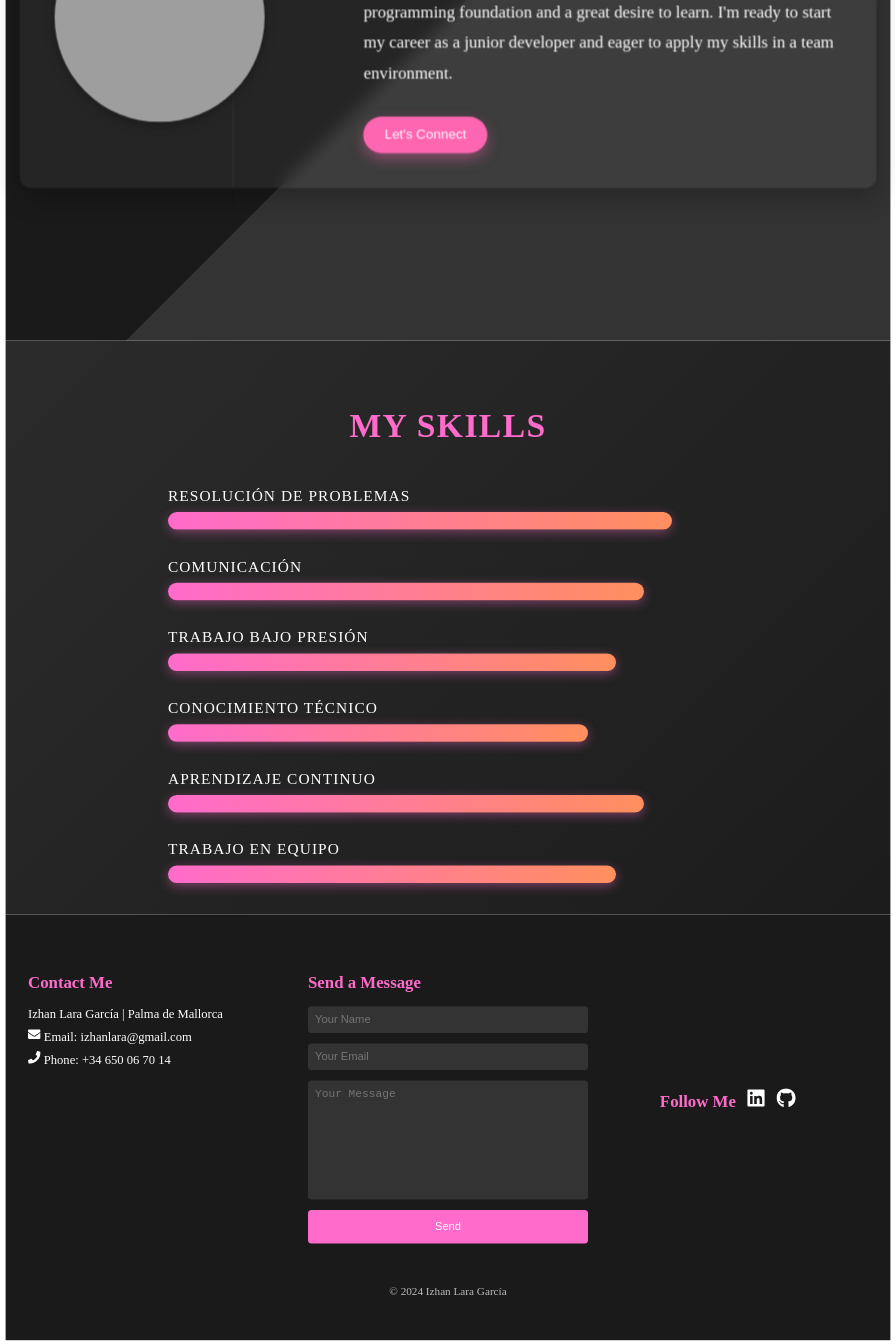
Repository: izhanlaraagarcia/izhanlaraagarcia.github.io
Page: / (app in vite-project/)
These files come from the project's save history. The page is drawn as it stood at one moment and after the next save; the edit follows.
The browser window is 1280 px wide. The pictures show the part of the page from y = 1241 to 3161 px (the page is 3164 px tall), at 70% of full size.
Pictures or frames that could not be fetched are drawn as grey boxes. The project was rebuilt for these pictures with package versions that can differ from the ones it lists, and the page was loaded fresh each time. Also part of the build but not shown: vite-project/vite.config.js.

Above is the page before, as saved 2024-09-18 12:34:09.

### vite-project/index.html
<!doctype html>
<html lang="en">

<head>
  <meta charset="UTF-8" />
  <link rel="shortcut icon" href="./public/favicon.ico" type="image/x-icon">
  <meta name="viewport" content="width=device-width, initial-scale=1.0" />
  <title>IzzyLG</title>
</head>

<body>
  <div id="root"></div>
  <script type="module" src="/src/main.jsx"></script>
</body>

</html>

### vite-project/src/App.jsx
// App.js
import React, { useState } from 'react';
import HeaderComponent from './components/HeaderComponent';
import SkillsComponent from './components/SkillsComponent';
// import ExperienceComponent from './components/ExperienceComponent';
import FooterComponent from './components/FooterComponent';
// import { Link } from 'react-scroll';


function App() {
  const [language, setLanguage] = useState('en');

  const toggleLanguage = () => {
    setLanguage(prevLang => (prevLang === 'en' ? 'es' : 'en'));
  };
  return (
    <div className="App">
      <HeaderComponent onLanguageToggle={toggleLanguage} />
      <SkillsComponent />
      {/* <ExperienceComponent /> */}
      <FooterComponent />
    </div>
  );
}

export default App;

### vite-project/src/components/HeaderComponent.jsx
import React, { useState } from 'react';
import { motion } from 'framer-motion';
import { Link } from 'react-scroll';
import { FaLinkedin, FaGithub, FaTwitter } from 'react-icons/fa';
import USFlag from '../assets/us-flag.png';
import ESFlag from '../assets/es-flag.png';
import AboutComponent from './AboutComponent';  // Asegúrate de importar el componente About


const HeaderComponent = () => {
  const [language, setLanguage] = useState('en');

  const translations = {
    en: {
      name: "Izhan Lara García",
      title: "Junior Web Developer",
      resume: "Resume",
      portfolio: "Portfolio",
      menu: {
        home: "Home",
        about: "About",
        skills: "Skills",
        experience: "Experience",
        contact: "Contact",
      },
      about: {
        title: "About Me",
        description: "I am a passionate web developer with a love for creating dynamic and interactive web experiences. With over 5 years of experience in web development, I specialize in React, JavaScript, and CSS animations. My goal is to craft meaningful and visually stunning websites.",
        skills: "Skills & Expertise",
        skillsList: ["Web Development", "UI/UX Design", "JavaScript", "React", "CSS Animations"],
        button: "Contact Me",
      },
    },
    es: {
      name: "Izhan Lara García",
      title: "Desarrollador Web Junior",
      resume: "Currículum",
      portfolio: "Portafolio",
      menu: {
        home: "Inicio",
        about: "Sobre mí",
        skills: "Habilidades",
        experience: "Experiencia",
        contact: "Contacto",
      },
      about: {
        title: "Sobre Mí",
        description: "Soy un desarrollador web apasionado con amor por crear experiencias web dinámicas e interactivas. Con más de 5 años de experiencia en desarrollo web, me especializo en React, JavaScript y animaciones CSS. Mi objetivo es crear sitios web significativos y visualmente impactantes.",
        skills: "Habilidades & Experiencia",
        skillsList: ["Desarrollo Web", "Diseño UI/UX", "JavaScript", "React", "Animaciones CSS"],
        button: "Contáctame",
      },
    },
  };

  const toggleLanguage = () => {
    setLanguage((prevLang) => (prevLang === 'en' ? 'es' : 'en'));
  };

  return (
    <>
      <header className="header" id="header">
        <nav className="nav">
          <ul className="nav-list">
            <li><Link to="header" smooth={true}>{translations[language].menu.home}</Link></li>
            <li><Link to="about" smooth={true}>{translations[language].menu.about}</Link></li>
            <li><Link to="skills" smooth={true}>{translations[language].menu.skills}</Link></li>
            <li><Link to="experience" smooth={true}>{translations[language].menu.experience}</Link></li>
            <li><Link to="footer" smooth={true} className="contact-btn">{translations[language].menu.contact}</Link></li>

            <li className="lang-btn-wrapper">
              <button className="lang-btn" onClick={toggleLanguage}>
                {language === 'en' ? (
                  <img src={ESFlag} alt="Spanish Flag" className="flag-icon" />
                ) : (
                  <img src={USFlag} alt="US Flag" className="flag-icon" />
                )}
              </button>
            </li>
          </ul>
        </nav>

        <motion.div
          className="header-content"
          initial={{ opacity: 0 }}
          animate={{ opacity: 1 }}
          transition={{ duration: 1.5 }}
        >
          <motion.h1
            className="header-title"
            initial={{ scale: 0, y: -100 }}
            animate={{ scale: [1.2, 1], y: 0 }}
            transition={{ duration: 1, ease: "easeOut" }}
            whileHover={{ scale: 1.05, color: "#f09" }}
          >
            {translations[language].name}
          </motion.h1>

          <p className="header-subtitle">
            {translations[language].title}
          </p>

          <div className="header-buttons">
            <motion.button whileHover={{ scale: 1.1 }} className="btn">
              {translations[language].resume}
            </motion.button>
            <motion.button whileHover={{ scale: 1.1 }} className="btn">
              {translations[language].portfolio}
            </motion.button>
          </div>

          <div className="social-icons">
            <motion.a href="https://linkedin.com" target="_blank" whileHover={{ scale: 1.1 }}><FaLinkedin /></motion.a>
            <motion.a href="https://github.com" target="_blank" whileHover={{ scale: 1.1 }}><FaGithub /></motion.a>
            <motion.a href="https://twitter.com" target="_blank" whileHover={{ scale: 1.1 }}><FaTwitter /></motion.a>
          </div>
        </motion.div>
      </header>

      {/* Pasa el estado de idioma y las traducciones al componente About */}
      <AboutComponent language={language} translations={translations} />
    </>
  );
};

export default HeaderComponent;

### vite-project/src/components/SkillsComponent.jsx
// SkillsComponent.js
import React from 'react';
import { motion } from 'framer-motion';

const skills = [
  { name: 'Resolución de problemas', level: '90%' },
  { name: 'Comunicación', level: '85%' },
  { name: 'Trabajo bajo presión', level: '80%' },
  { name: 'Conocimiento técnico', level: '75%' },
  { name: 'Aprendizaje continuo', level: '85%' },
  { name: 'Trabajo en equipo', level: '80%' },
];

const containerVariants = {
  hidden: { opacity: 0 },
  visible: {
    opacity: 1,
    transition: { staggerChildren: 0.2, delayChildren: 0.5 },
  },
};

const barVariants = {
  hidden: { width: '0%' },
  visible: (level) => ({
    width: level,
    transition: { duration: 2, type: 'spring', stiffness: 100 },
  }),
};

const SkillsComponent = () => {
  return (
    <motion.section
      id="skills"
      className="skills full-screen"
      initial="hidden"
      animate="visible"
      variants={containerVariants}
    >
      <motion.h3
        className="skills-title"
        initial={{ scale: 0 }}
        animate={{ scale: 1 }}
        transition={{ type: 'spring', stiffness: 200, duration: 1.5 }}
      >
        My Skills
      </motion.h3>

      <div className="skill-bars">
        {skills.map((skill, idx) => (
          <div key={idx} className="skill">
            <motion.span
              className="skill-name"
              initial={{ opacity: 0, y: -50 }}
              animate={{ opacity: 1, y: 0 }}
              transition={{ duration: 1, ease: 'easeOut' }}
            >
              {skill.name}
            </motion.span>
            <motion.div
              className="bar"
              custom={skill.level}
              variants={barVariants}
              initial="hidden"
              animate="visible"
            />
          </div>
        ))}
      </div>
    </motion.section>
  );
};

export default SkillsComponent;

### vite-project/src/components/FooterComponent.jsx
import React from 'react';
import { motion } from 'framer-motion';
import { FaEnvelope, FaPhone, FaLinkedin, FaGithub } from 'react-icons/fa';

const FooterComponent = () => {
  return (
    <motion.footer
      id="footer"
      className="footer"
      initial={{ opacity: 0 }}
      whileInView={{ opacity: 1 }}
      transition={{ duration: 1 }}
    >
      <div className="footer-content">
        <div className="contact-info">
          <h3>Contact Me</h3>
          <p>Izhan Lara García | Palma de Mallorca</p>
          <p><FaEnvelope /> Email: izhanlara@gmail.com</p>
          <p><FaPhone /> Phone: +34 650 06 70 14</p>
        </div>

        <div className="contact-form">
          <h3>Send a Message</h3>
          <form>
            <input type="text" placeholder="Your Name" required />
            <input type="email" placeholder="Your Email" required />
            <textarea placeholder="Your Message" required></textarea>
            <motion.button
              type="submit"
              whileHover={{ scale: 1.05 }}
              transition={{ duration: 0.3 }}
              className="submit-btn"
            >
              Send
            </motion.button>
          </form>
        </div>

        <div className="social-links">
          <h3>Follow Me</h3>
          <motion.a
            whileHover={{ scale: 1.2 }}
            transition={{ duration: 0.3 }}
            href="https://www.linkedin.com/in/izhan-lara-garcia"
            aria-label="LinkedIn"
          >
            <FaLinkedin />
          </motion.a>
          <motion.a
            whileHover={{ scale: 1.2 }}
            transition={{ duration: 0.3 }}
            href="https://github.com/izhanlaraagarcia"
            aria-label="GitHub"
          >
            <FaGithub />
          </motion.a>
        </div>
      </div>

      <div className="footer-bottom">
        <p>&copy; {new Date().getFullYear()} Izhan Lara García</p>
      </div>
    </motion.footer>
  );
};

export default FooterComponent;

### vite-project/src/components/AboutComponent.jsx
import React from 'react';
import { motion } from 'framer-motion';

// Variantes de animación para un efecto impresionante
const containerVariants = {
  hidden: { opacity: 0, y: 100 },
  visible: {
    opacity: 1,
    y: 0,
    transition: { duration: 1.2, ease: "easeOut", when: "beforeChildren", staggerChildren: 0.3 }
  },
};

const textVariants = {
  hidden: { opacity: 0, y: 20 },
  visible: { opacity: 1, y: 0, transition: { duration: 1, ease: "easeOut" } }
};

const buttonVariants = {
  hover: {
    scale: 1.1,
    backgroundColor: "#ff66b2",
    transition: { duration: 0.3, yoyo: Infinity }
  }
};

const AboutComponent = ({ language }) => {
  const translations = {
    en: {
      title: "About Me",
      description: "I am a passionate 21-year-old software developer with a solid programming foundation and a great desire to learn. I'm ready to start my career as a junior developer and eager to apply my skills in a team environment.",
      button: "Let's Connect",
    },
    es: {
      title: "Sobre Mí",
      description: "Soy un apasionado desarrollador de software de 21 años con una sólida base en programación y un gran deseo de aprender. Estoy listo para comenzar mi carrera como desarrollador junior y aplicar mis habilidades en un entorno de equipo.",
      button: "Conectemos",
    },
  };

  const t = translations[language] || translations['en'];

  return (
    <section id="about" className="about-section">
      <motion.div
        className="about-content"
        variants={containerVariants}
        initial="hidden"
        animate="visible"
      >
        <motion.div
          className="profile-image-wrapper"
          whileHover={{ scale: 1.05, rotate: 3 }}
          transition={{ duration: 0.6, ease: "easeOut" }}
        >
          <img
            src="https://fiverr-res.cloudinary.com/images/t_main1,q_auto,f_auto,q_auto,f_auto/gigs/343888962/original/6390876df1dceff78be91e8b27e84e33a85e5248/design-animated-discord-pfp-banner-avatar-and-icon.jpg"
            alt="Profile"
            className="profile-image"
          />
        </motion.div>

        <motion.div className="about-text" variants={textVariants}>
          <h2 className="about-title">{t.title}</h2>
          <p className="about-description">{t.description}</p>

          <motion.button
            className="contact-btn"
            variants={buttonVariants}
            whileHover="hover"
          >
            {t.button}
          </motion.button>
        </motion.div>
      </motion.div>
    </section>
  );
};

export default AboutComponent;

Loaded but not shown: vite-project/src/main.jsx (common file); vite-project/src/index.css (522 lines, source omitted)

After the next save:
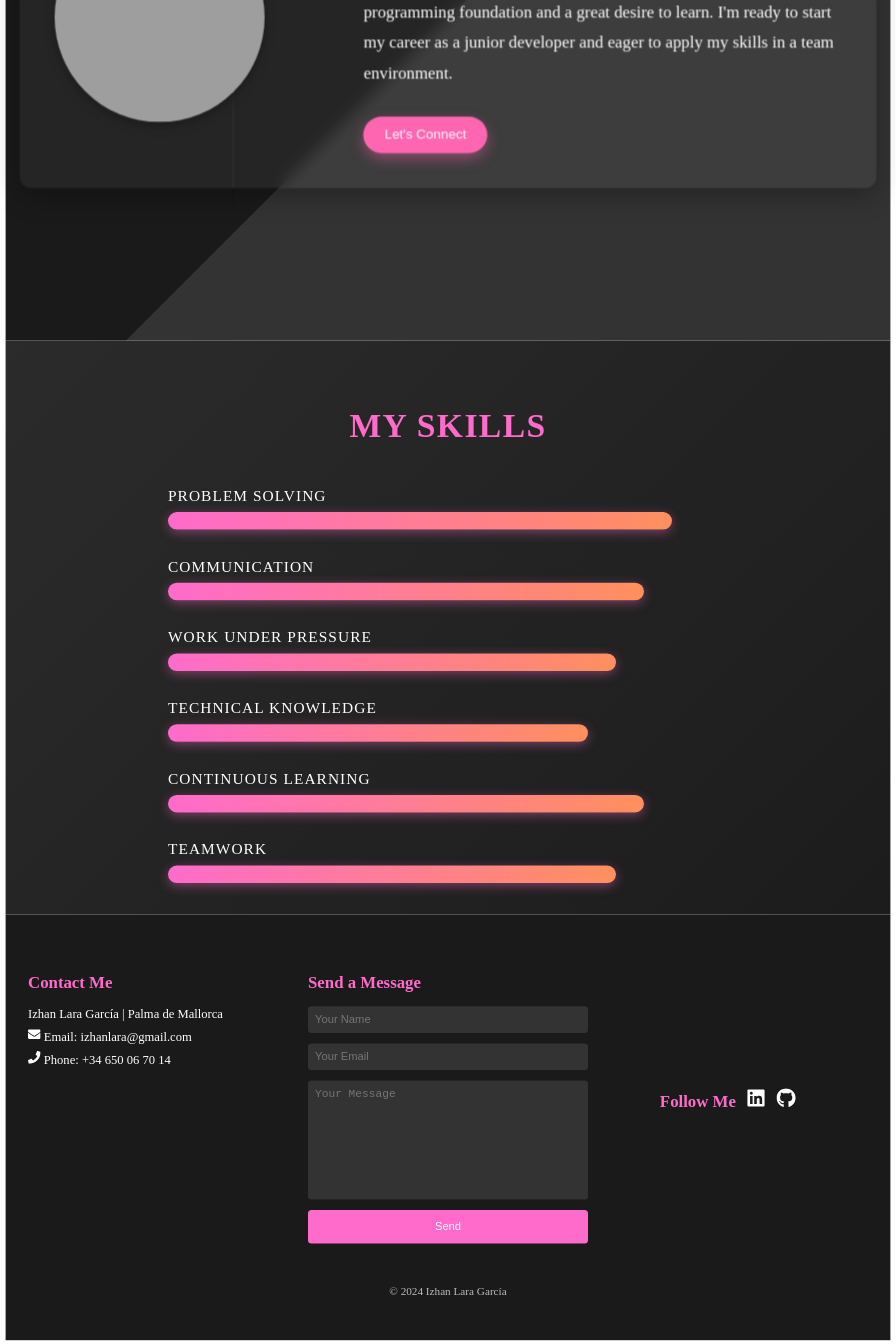
Saved 16 min 54 s later.
--- a/vite-project/src/components/SkillsComponent.jsx
+++ b/vite-project/src/components/SkillsComponent.jsx
@@ -1,33 +1,51 @@
-// SkillsComponent.js
 import React from 'react';
 import { motion } from 'framer-motion';
 
-const skills = [
-  { name: 'Resolución de problemas', level: '90%' },
-  { name: 'Comunicación', level: '85%' },
-  { name: 'Trabajo bajo presión', level: '80%' },
-  { name: 'Conocimiento técnico', level: '75%' },
-  { name: 'Aprendizaje continuo', level: '85%' },
-  { name: 'Trabajo en equipo', level: '80%' },
-];
+const SkillsComponent = ({ language }) => {
+  // Traducciones para los títulos y habilidades
+  const translations = {
+    en: {
+      title: 'My Skills',
+      skills: [
+        { name: 'Problem Solving', level: '90%' },
+        { name: 'Communication', level: '85%' },
+        { name: 'Work under Pressure', level: '80%' },
+        { name: 'Technical Knowledge', level: '75%' },
+        { name: 'Continuous Learning', level: '85%' },
+        { name: 'Teamwork', level: '80%' },
+      ],
+    },
+    es: {
+      title: 'Mis Habilidades',
+      skills: [
+        { name: 'Resolución de problemas', level: '90%' },
+        { name: 'Comunicación', level: '85%' },
+        { name: 'Trabajo bajo presión', level: '80%' },
+        { name: 'Conocimiento técnico', level: '75%' },
+        { name: 'Aprendizaje continuo', level: '85%' },
+        { name: 'Trabajo en equipo', level: '80%' },
+      ],
+    },
+  };
 
-const containerVariants = {
-  hidden: { opacity: 0 },
-  visible: {
-    opacity: 1,
-    transition: { staggerChildren: 0.2, delayChildren: 0.5 },
-  },
-};
+  const t = translations[language] || translations.en; // Traducción en función del idioma
 
-const barVariants = {
-  hidden: { width: '0%' },
-  visible: (level) => ({
-    width: level,
-    transition: { duration: 2, type: 'spring', stiffness: 100 },
-  }),
-};
+  const containerVariants = {
+    hidden: { opacity: 0 },
+    visible: {
+      opacity: 1,
+      transition: { staggerChildren: 0.2, delayChildren: 0.5 },
+    },
+  };
 
-const SkillsComponent = () => {
+  const barVariants = {
+    hidden: { width: '0%' },
+    visible: (level) => ({
+      width: level,
+      transition: { duration: 2, type: 'spring', stiffness: 100 },
+    }),
+  };
+
   return (
     <motion.section
       id="skills"
@@ -42,11 +60,11 @@ const SkillsComponent = () => {
         animate={{ scale: 1 }}
         transition={{ type: 'spring', stiffness: 200, duration: 1.5 }}
       >
-        My Skills
+        {t.title} {/* Título en función del idioma */}
       </motion.h3>
 
       <div className="skill-bars">
-        {skills.map((skill, idx) => (
+        {t.skills.map((skill, idx) => (
           <div key={idx} className="skill">
             <motion.span
               className="skill-name"
@@ -54,7 +72,7 @@ const SkillsComponent = () => {
               animate={{ opacity: 1, y: 0 }}
               transition={{ duration: 1, ease: 'easeOut' }}
             >
-              {skill.name}
+              {skill.name} {/* Nombre de la habilidad traducida */}
             </motion.span>
             <motion.div
               className="bar"
